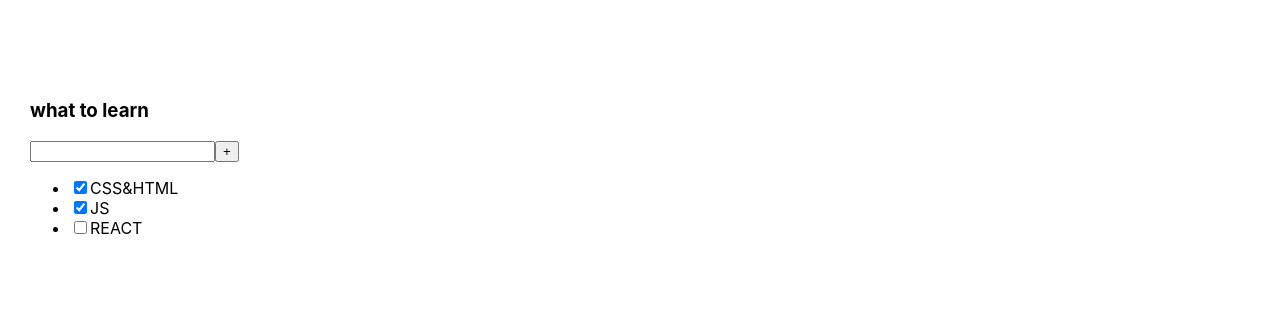
Repository: Grid-Master/myTrello
Page: /
These files come from the project's save history. The page is drawn as it stood at one moment and after the next save; the edit follows.
The browser window is 1280 px wide. The pictures show the whole page.
The project was rebuilt for these pictures with package versions that can differ from the ones it lists, and the page was loaded fresh each time.

Above is the page before, as saved 2023-01-15 16:06:44.

### src/App.tsx
import React from 'react';
import logo from './logo.svg';
import './App.css';

function App() {
  return (
    <div className="App">
      <Todolist />
    </div>
  );
}

function Todolist() {
  return(<div>
    <h3>what to learn</h3>
    <div>
      <input />
      <button>+</button>
    </div>
    <ul>
      <li><input type='checkbox' checked={true} /><span>CSS&HTML</span></li>
      <li><input type='checkbox' checked={true} /><span>JS</span></li>
      <li><input type='checkbox' checked={false} /><span>REACT</span></li>
    </ul>
  </div>)
}

export default App;

### src/App.css
.App {
 padding: 30px;
 display: flex;
}

.App>div {
  margin-top: 50px;
}

Loaded but not shown: public/index.html (common file); src/index.tsx (common file); src/index.css (common file); src/reportWebVitals.ts (common file)

After the next save:
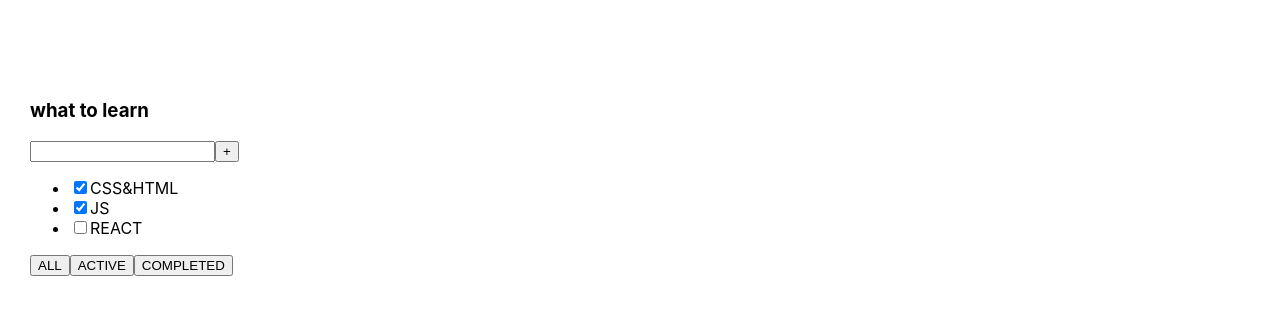
Saved 41 s later.
--- a/src/App.tsx
+++ b/src/App.tsx
@@ -22,6 +22,11 @@ function Todolist() {
       <li><input type='checkbox' checked={true} /><span>JS</span></li>
       <li><input type='checkbox' checked={false} /><span>REACT</span></li>
     </ul>
+    <div>
+      <button>ALL</button>
+      <button>ACTIVE</button>
+      <button>COMPLETED</button>
+    </div>
   </div>)
 }
 
